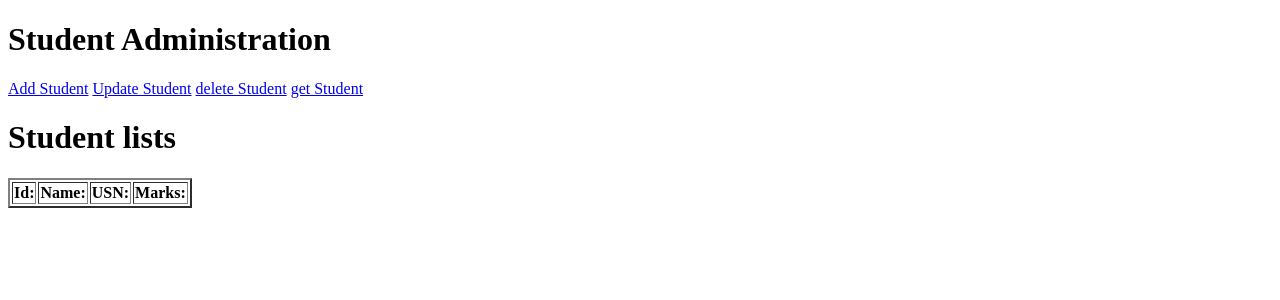
Repository: Anandnand/Web-Application
Page: http://localhost/viewStudent
These files come from the project's save history. The page is drawn as it stood at one moment and after the next save; the edit follows.
The browser window is 1280 px wide. The pictures show the whole page.
The page is this project's Thymeleaf template; nobody is signed in. The template is opened directly, without the code that normally fills it, so the values that code supplies are empty.

Above is the page before, as saved 2024-03-25 17:52:22.

After the next save:
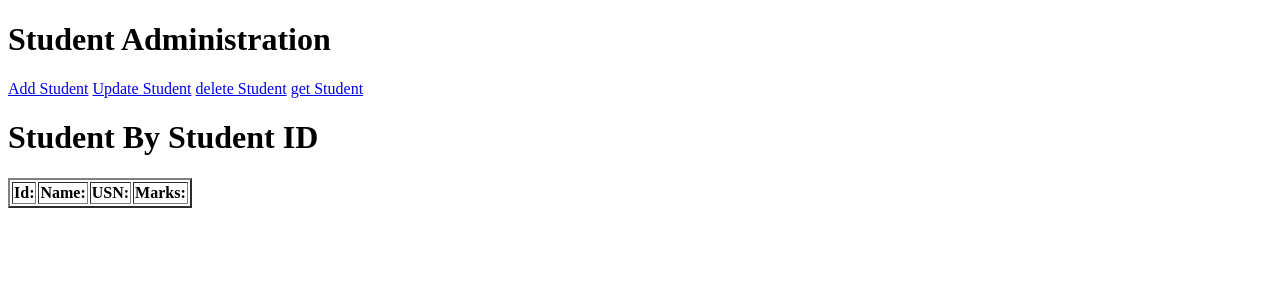
Saved 43 s later.
--- a/Login/src/main/resources/templates/viewStudent.html
+++ b/Login/src/main/resources/templates/viewStudent.html
@@ -19,7 +19,7 @@
 
 
 	<div>
-		<h1>Student lists</h1>
+		<h1>Student By Student ID</h1>
 	</div>
 
 	<div>
